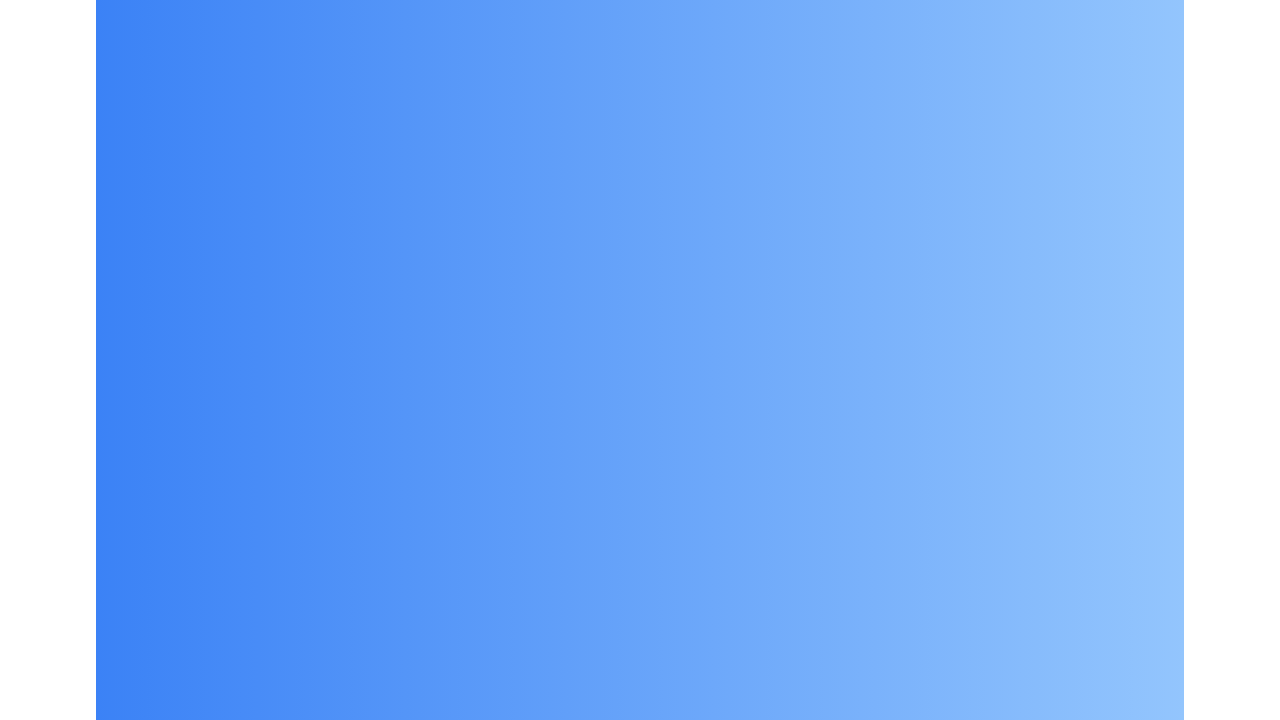
Repository: DevAntonioRogers/react-weatherapp-v2
Page: /
These files come from the project's save history. The page is drawn as it stood at one moment and after the next save; the edit follows.
The browser window is 1280 px wide. The pictures show the whole page.
The project was rebuilt for these pictures with package versions that can differ from the ones it lists, and the page was loaded fresh each time. The framework's server and built-in components were replaced by stand-ins that run in the browser. Also part of the build but not shown: next.config.js.

Above is the page before, as saved 2023-05-17 22:49:50.

### app/layout.tsx
import "./globals.css";
import { Inter } from "next/font/google";

export const metadata = {
  title: "Create Next App",
  description: "Generated by create next app",
};

export default function RootLayout({ children }: { children: React.ReactNode }) {
  return (
    <html lang="en">
      <body className="mx-24">{children}</body>
    </html>
  );
}

### app/page.tsx
import Image from "next/image";

export default function Home() {
  return <div className="flex justify-center p-2 bg-cover h-screen bg-gradient-to-r from-blue-500 to-blue-300"></div>;
}

Loaded but not shown: app/globals.css (common file); tailwind.config.js (common file)

After the next save:
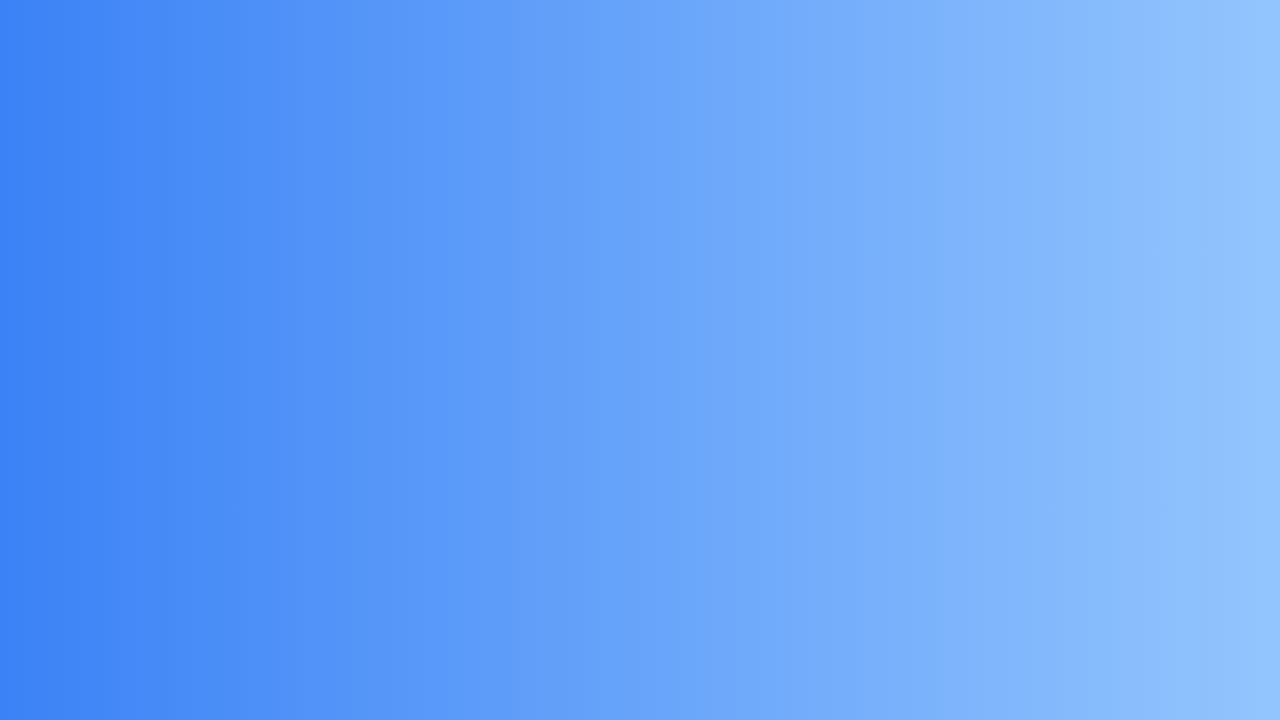
Saved 8 s later.
--- a/app/layout.tsx
+++ b/app/layout.tsx
@@ -9,7 +9,7 @@ export const metadata = {
 export default function RootLayout({ children }: { children: React.ReactNode }) {
   return (
     <html lang="en">
-      <body className="mx-24">{children}</body>
+      <body>{children}</body>
     </html>
   );
 }

After the save that followed:
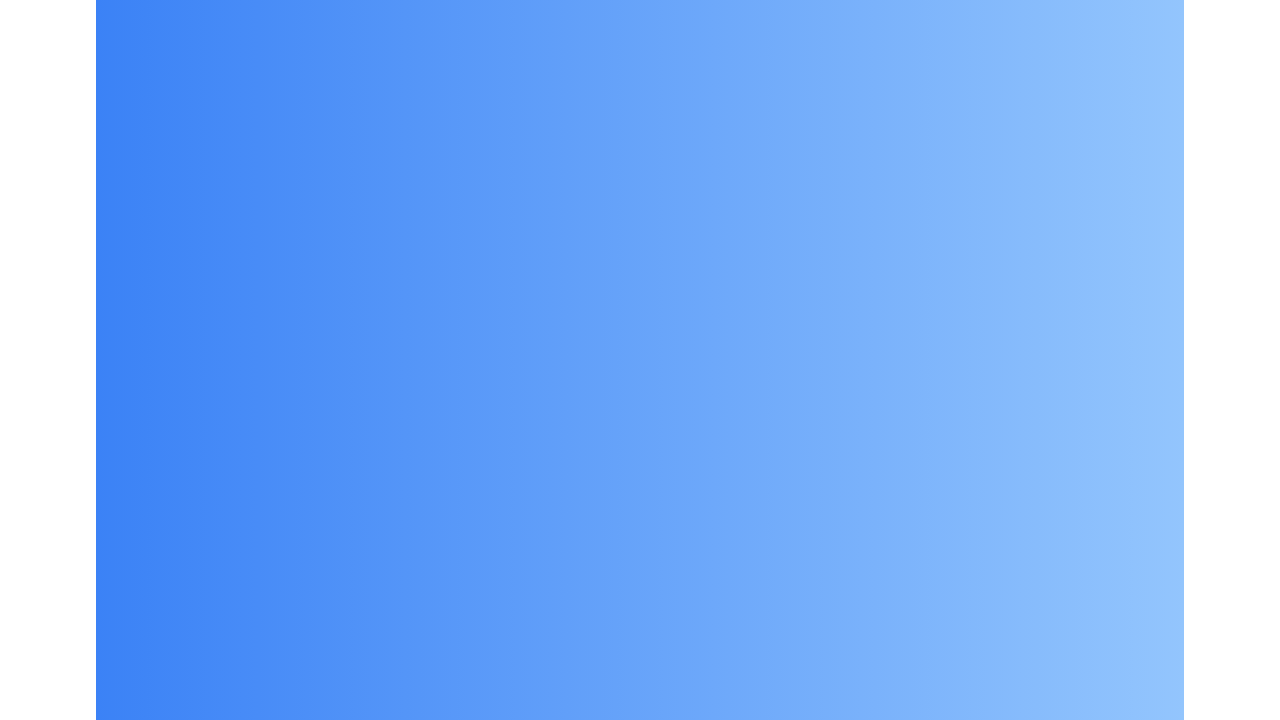
Saved 7 s later.
--- a/app/page.tsx
+++ b/app/page.tsx
@@ -1,5 +1,7 @@
 import Image from "next/image";
 
 export default function Home() {
-  return <div className="flex justify-center p-2 bg-cover h-screen bg-gradient-to-r from-blue-500 to-blue-300"></div>;
+  return (
+    <div className="flex justify-center p-2 bg-cover h-screen bg-gradient-to-r from-blue-500 to-blue-300 mx-24"></div>
+  );
 }
